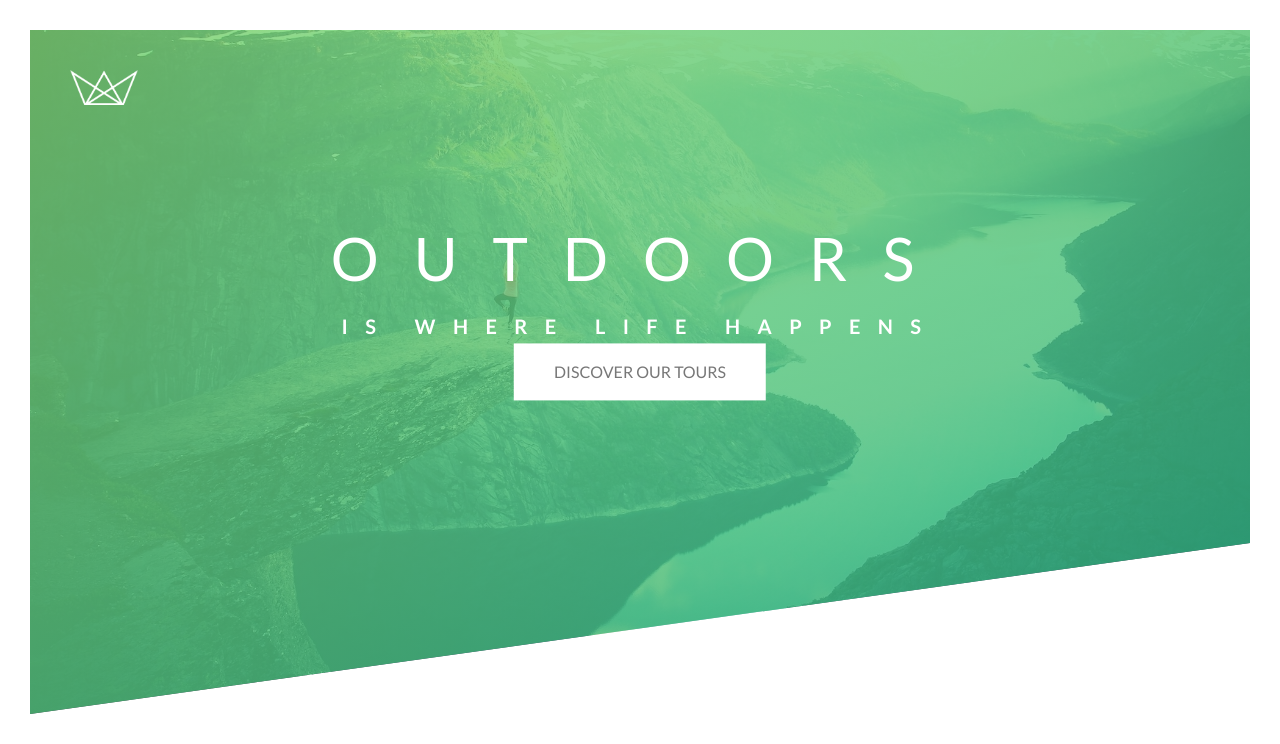
Repository: taivuong95/natours-fe
Page: index.html
An editor plug-in stored every save of this project. The page is shown before and after the next save, followed by the edit.
The browser window is 1280 px wide. The pictures show the whole page.

Above is the page before, as saved 2020-12-09 16:14:43.

After the next save:
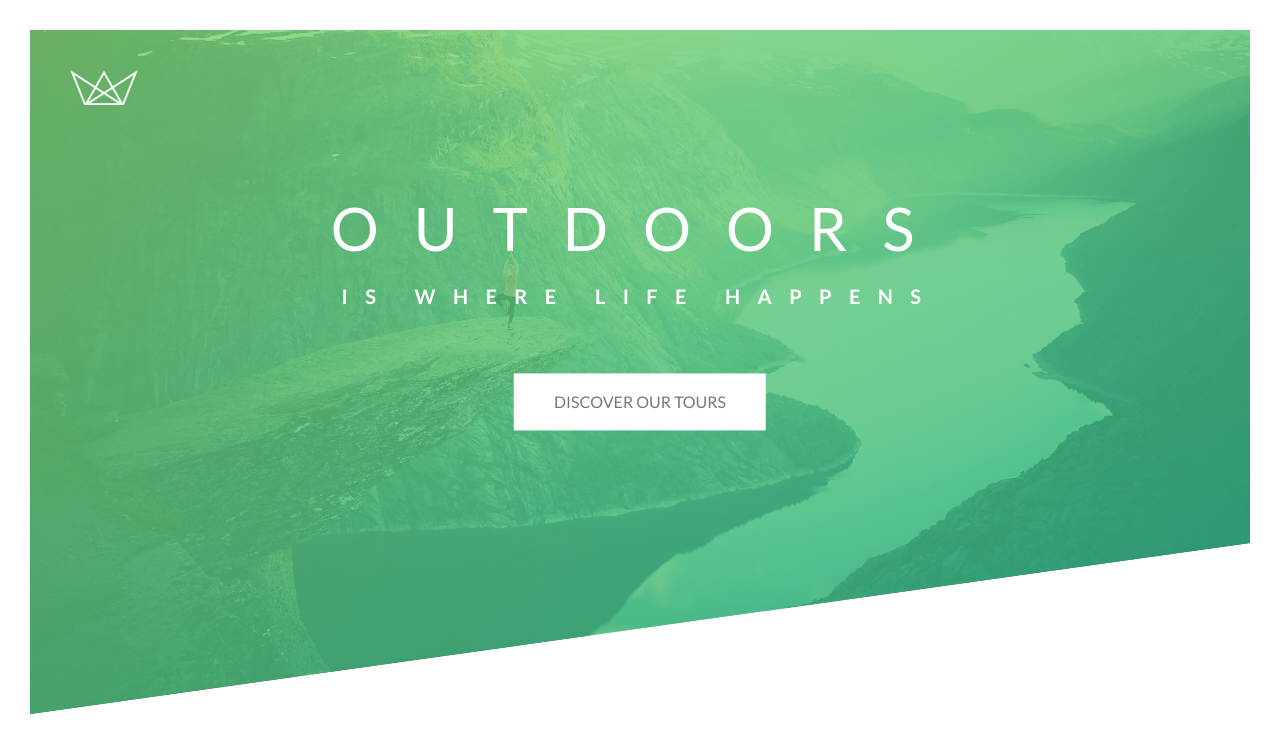
Saved 35 s later.
--- a/css/style.css
+++ b/css/style.css
@@ -59,6 +59,7 @@ body {
   text-transform: uppercase;
 
   backface-visibility: hidden;
+  margin-bottom: 60px;
 }
 
 .heading-primary-main {
